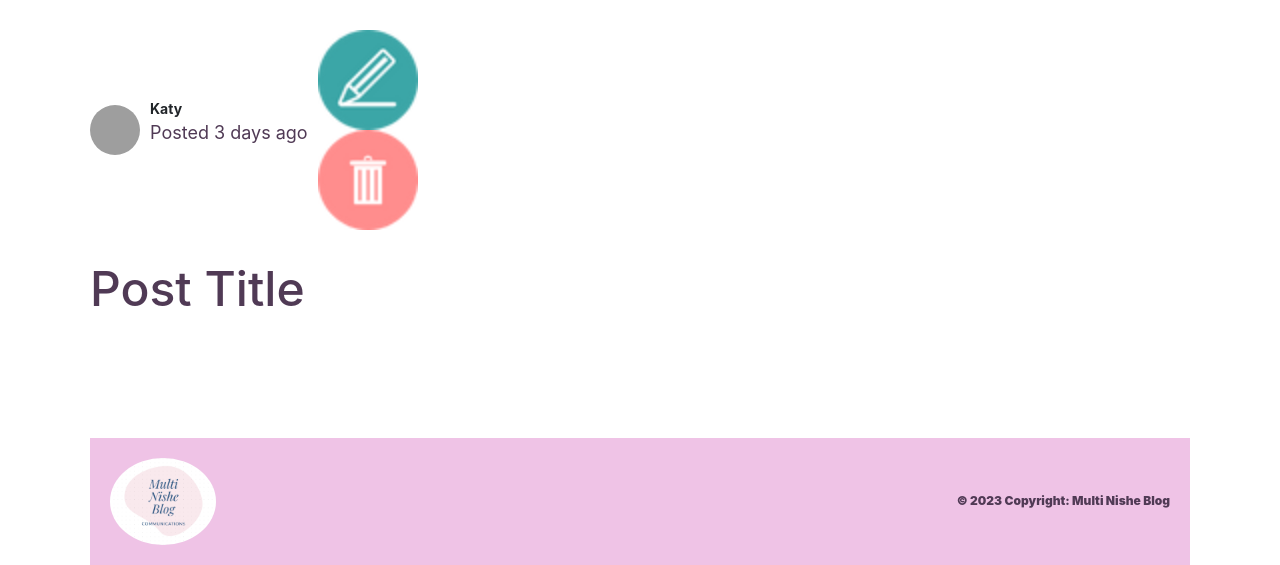
Repository: LolaSL/multi-niche-blog
Page: /post/1 (app in frontend/)
These files come from the project's save history. The page is drawn as it stood at one moment and after a run of saves; the edit follows.
The browser window is 1280 px wide. The pictures show the part of the page from y = 439 to 1004 px (the page is 1004 px tall before and 871 px after).
Pictures or frames that could not be fetched are drawn as grey boxes. The project was rebuilt for these pictures with package versions that can differ from the ones it lists, and the page was loaded fresh each time. Also part of the build but not shown: frontend/src/pages/Register.jsx, frontend/src/pages/Login.jsx, frontend/src/pages/CreatePost.jsx, frontend/src/pages/Home.jsx.

Above is the page before, as saved 2023-01-29 10:34:02.

### frontend/public/index.html
<!DOCTYPE html>
<html lang="en">
  <head>
    <meta charset="utf-8" />
    <link rel="icon" href="%PUBLIC_URL%/favicon.ico" />
    <meta name="viewport" content="width=device-width, initial-scale=1" />
    <meta name="theme-color" content="#000000" />
    <meta
      name="description"
      content="Web site created using create-react-app"
    />
    <link rel="apple-touch-icon" href="%PUBLIC_URL%/logo192.png" />
    <!--
      manifest.json provides metadata used when your web app is installed on a
      user's mobile device or desktop. See https://developers.google.com/web/fundamentals/web-app-manifest/
    -->
    <link rel="manifest" href="%PUBLIC_URL%/manifest.json" />
    <link rel="stylesheet" href="https://cdn.jsdelivr.net/npm/bootstrap@5.2.3/dist/css/bootstrap.min.css"
    integrity="sha384-rbsA2VBKQhggwzxH7pPCaAqO46MgnOM80zW1RWuH61DGLwZJEdK2Kadq2F9CUG65" crossorigin="anonymous" />
  <link rel="stylesheet" href="https://cdnjs.cloudflare.com/ajax/libs/font-awesome/6.2.1/css/all.min.css" />
    <!--
      Notice the use of %PUBLIC_URL% in the tags above.
      It will be replaced with the URL of the `public` folder during the build.
      Only files inside the `public` folder can be referenced from the HTML.

      Unlike "/favicon.ico" or "favicon.ico", "%PUBLIC_URL%/favicon.ico" will
      work correctly both with client-side routing and a non-root public URL.
      Learn how to configure a non-root public URL by running `npm run build`.
    -->
    <title>React App</title>
  </head>
  <body>
    <noscript>You need to enable JavaScript to run this app.</noscript>
    <div id="root"></div>
    <!--
      This HTML file is a template.
      If you open it directly in the browser, you will see an empty page.

      You can add webfonts, meta tags, or analytics to this file.
      The build step will place the bundled scripts into the <body> tag.

      To begin the development, run `npm start` or `yarn start`.
      To create a production bundle, use `npm run build` or `yarn build`.
    -->
  </body>
</html>

### frontend/src/index.css
body {
  margin: 0;
  font-family: -apple-system, BlinkMacSystemFont, "Segoe UI", "Roboto", "Oxygen",
    "Ubuntu", "Cantarell", "Fira Sans", "Droid Sans", "Helvetica Neue",
    sans-serif;
  -webkit-font-smoothing: antialiased;
  -moz-osx-font-smoothing: grayscale;
}

code {
  font-family: source-code-pro, Menlo, Monaco, Consolas, "Courier New",
    monospace;
}
.app {
  display: flex;
}
.link {
  text-decoration: none;
  color: inherit;
}
.container {
  width: 1124px;
}
/* Login & Registration */

h1 {
  font-size: 20px;
  color: hsl(331, 71%, 80%);
  margin-bottom: 20px;
}
.small-container {
  max-width: 600px;
}
.btn {
 background-color: white;
  font-weight: bold;
  color:  hsl(289, 19%, 28%);
  border: 1px solid hsl(289, 19%, 28%);
}
.btn:hover {
   background-color: hsl(289, 19%, 28%);
  font-weight: bold;
}

/* Navbar */
.logo-image {
  background-color: rgb(237, 203, 233);
  width: 40%;
  height: 40%;
  border-radius: 50%;
}
h6 {
  font-size: 16px;
  font-weight: 300;
  margin: 10px;
  color: hsl(205, 100%, 17%);
}
.navbar {
  padding: 10px 0;
  justify-content: space-between;
  width: 1124px;
}

.links {
  display: flex flex;
  align-items: center;
  gap: 15px;
}
.create {
  background-color:  hsl(312, 58%, 85%);
  width: 60px;
  height: 60px;
  border-radius: 50%;
  display: flex;
  align-items: center;
  justify-content: center;
  font-weight: 600;
  border: 1px solid white;
  color: hsl(289, 19%, 28%);
}
.create:hover {
  color: white;
  background-color: hsl(289, 19%, 28%);
  border: 1px solid hsl(264, 25%, 63%);
  font-weight: 600;
}
/* Footer */
footer {
  margin-top: 100px;
  padding: 20px;
  background-color: hsl(312, 58%, 85%);
  display: flex;
  align-items: center;
  justify-content: space-between;
  font-size: 12px;
  color: hsl(289, 19%, 28%);
}
.footer-image {
  background-color: hsl(312, 58%, 85%);
  width: 10%;
  height: 10%;
  border-radius: 50%;
}

/* Home */
.posts {
  margin-top: 50px;
  display: flex;
  flex-direction: column;
  gap: 150px;
}
.post {
  display: flex;
  gap: 100px;
}
.post:nth-child(2n + 1) {
  flex-direction: row-reverse;
}

.post-image {
  flex: 2;
  position: relative;

}
.post-image::after {
  content: "";
  width: 100%;
  height: 100%;
  background-color: hsl(331, 71%, 80%);
  position: absolute;
  top: 20px;
  left: -20px;
  z-index: -1;
}

img {
  width: 100%;
  max-height: 400px;
  object-fit: cover;
}
.content {
  flex: 3;
  display: flex;
  flex-direction: column;
  justify-content: space-between;
}
h1 {
  font-size: 48px;
  color:hsl(289, 19%, 28%);
}

p {
  font-size: 18px;
  color:hsl(289, 19%, 28%);
}

button {
  width: max-content;
  padding: 10px 20px;
  border: none;
  cursor: pointer;
}
/* Post */
.single-post{
  display: flex;
  gap: 50px;

}

.content {
  flex: 5;
  display: flex;
  flex-direction: column;
  gap: 30px;
}

.user {
  display: flex;
  align-items: center;
  gap: 10px;
  font-size: 14px;
}

.user-image{
  width: 50px;
  height: 50px;
  border-radius: 50%;
  object-fit: cover;
}

.content-image {
  width: 100%;
  height: 300px;
  object-fit: cover;
}
span {
  font-weight: bold;
}

### frontend/src/App.js
import React from "react";
import { createBrowserRouter, RouterProvider, Outlet } from "react-router-dom";
import Register from './pages/Register';
import Login from './pages/Login';
import Post from './pages/Post';
import CreatePost from './pages/CreatePost';
import Home from './pages/Home';
import Navbars from "./components/Navbars";
import Footer from "./components/Footer";
import Container from "react-bootstrap/Container";

const Layout = () => {
  return(
    <>
    <Navbars />
    <Outlet/>
    <Footer />
    </>
  )
}
const router = createBrowserRouter([
  {
    path: "/", element: <Layout />,
    children: [
      { path: "/", element: <Home /> },
      { path: "/post/:id", element: <Post /> },
      { path: "/createpost", element: <CreatePost /> },
    ]

  },
  { path: "/register", element: <Register /> },
  { path: "/login", element: <Login /> },
]);

function App() {
  return (
    <div className="App">
      <Container className="container">
             <RouterProvider router={router}></RouterProvider>
</Container>


    </div>
  );
}




export default App;

### frontend/src/pages/Post.jsx
import React from 'react';
import Edit from "../img/edit.png";
import Delete from "../img/delete.png";
import { Link } from "react-router-dom";


const Post = () => {


  return(
<div className="single-post">
      <div className="content">
        <img src="https://images.pexels.com/photos/7008010/pexels-photo-7008010.jpeg?auto=compress&cs=tinysrgb&w=1260&h=750&dpr=2" alt="" className="content-image" />
        <div className="user">
          <img
            src="https://images.unsplash.com/photo-1494790108377-be9c29b29330?ixlib=rb-4.0.3&ixid=MnwxMjA3fDB8MHxzZWFyY2h8NXx8dXNlcnxlbnwwfHwwfHw%3D&w=1000&q=80"
            alt=""
            className="user-image"
          />
          <div className="info">
            <span>Katy</span>
            <p>Posted 3 days ago</p>
          </div>

            <div className="edit">
              <Link to={`/write?edit=2`} >
                <img src={Edit} alt="" className="logo-buttons"/>
              </Link>
              <img  src={Delete} alt="Delete" className="logo-buttons"/>
            </div>

        </div>
        <h1>Post Title</h1>
           </div>
      <div className="menu">m</div>
    </div>
  );
};

export default Post;

### frontend/src/components/Navbars.jsx
import React from "react"; // { useContext }
import { Link } from "react-router-dom";
// import { AuthContext } from "../context/authContext";
import Logo from "../img/logo.PNG";
import Container from "react-bootstrap/Container";
// import Nav from "react-bootstrap/Nav";
import Navbar from "react-bootstrap/Navbar";

const Navbars = () => {
  //   const { currentUser, logout } = useContext(AuthContext);

  return (
    <Navbar className="navbar nav" expand="lg">
      <Container className="container">
        <Navbar.Brand className="logo">
          <Link to="/">
            <img src={Logo} alt="Logo" className="logo-image" />
          </Link>
        </Navbar.Brand>
        <Navbar.Toggle aria-controls="basic-navbar-nav mb-4" />
        <Navbar.Collapse id="basic-navbar-nav" className="links me-auto w-100">
            <div>
              <Link className="link" to="/?cat=art">
                <h6>ART</h6>
              </Link>
            </div>
            <div>
              <Link className="link" to="/?cat=science">
                <h6>SCIENCE</h6>
              </Link>
            </div>
            <div>
              <Link className="link" to="/?cat=technology">
                <h6>MUSIC</h6>
              </Link>
            </div>
            <div>
              <Link className="link" to="/?cat=cinema">
                <h6>CINEMA</h6>
              </Link>
            </div>
            <div>
              <Link className="link" to="/?cat=design">
                <h6>DESIGN</h6>
              </Link>
            </div>
            <div>
              <Link className="link" to="/?cat=food">
                <h6>FOOD</h6>
              </Link>
            </div>
            {/* <span>{currentUser?.username}</span>
          {currentUser ? (
            <span onClick={logout}>Logout</span>
          ) : ( */}
            <div>
              <Link className="link" to="/login">
                Login
              </Link>
            </div>
            {/* )} */}
            <span className="create mt-2">
              <div>
                <Link className="link" to="/createpost">
                  Create
                </Link>
              </div>
            </span>
        </Navbar.Collapse>
      </Container>
    </Navbar>
  );
};

export default Navbars;

### frontend/src/components/Footer.jsx
import React from "react";
import Logo from "../img/logo.PNG";

const Footer = () => {
  return (
    <footer>
      <img src={Logo} alt="Footet"  className="footer-image"/>
      <span>
        <b>&copy; {new Date().getFullYear()} Copyright: Multi Nishe Blog</b>
      </span>
    </footer>
  );
};

export default Footer;

Loaded but not shown: frontend/src/index.js (common file); frontend/src/reportWebVitals.js (common file)

After the next 3 saves:
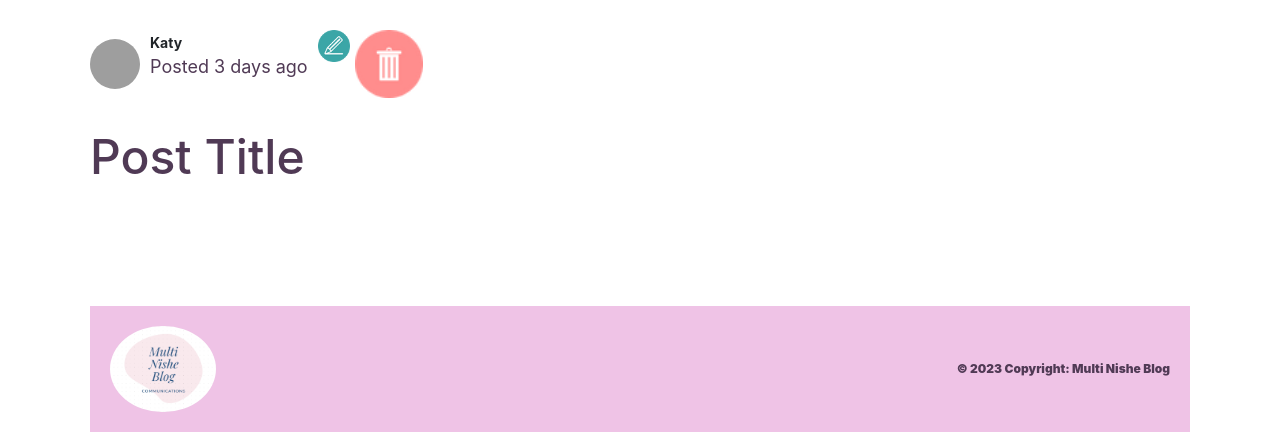
The 3 saves are shown as one change because they came seconds apart.
The last was saved 40 s later.
--- a/frontend/src/index.css
+++ b/frontend/src/index.css
@@ -196,3 +196,8 @@ button {
 span {
   font-weight: bold;
 }
+
+.edit {
+  display: flex;
+  gap: 5px;
+}
